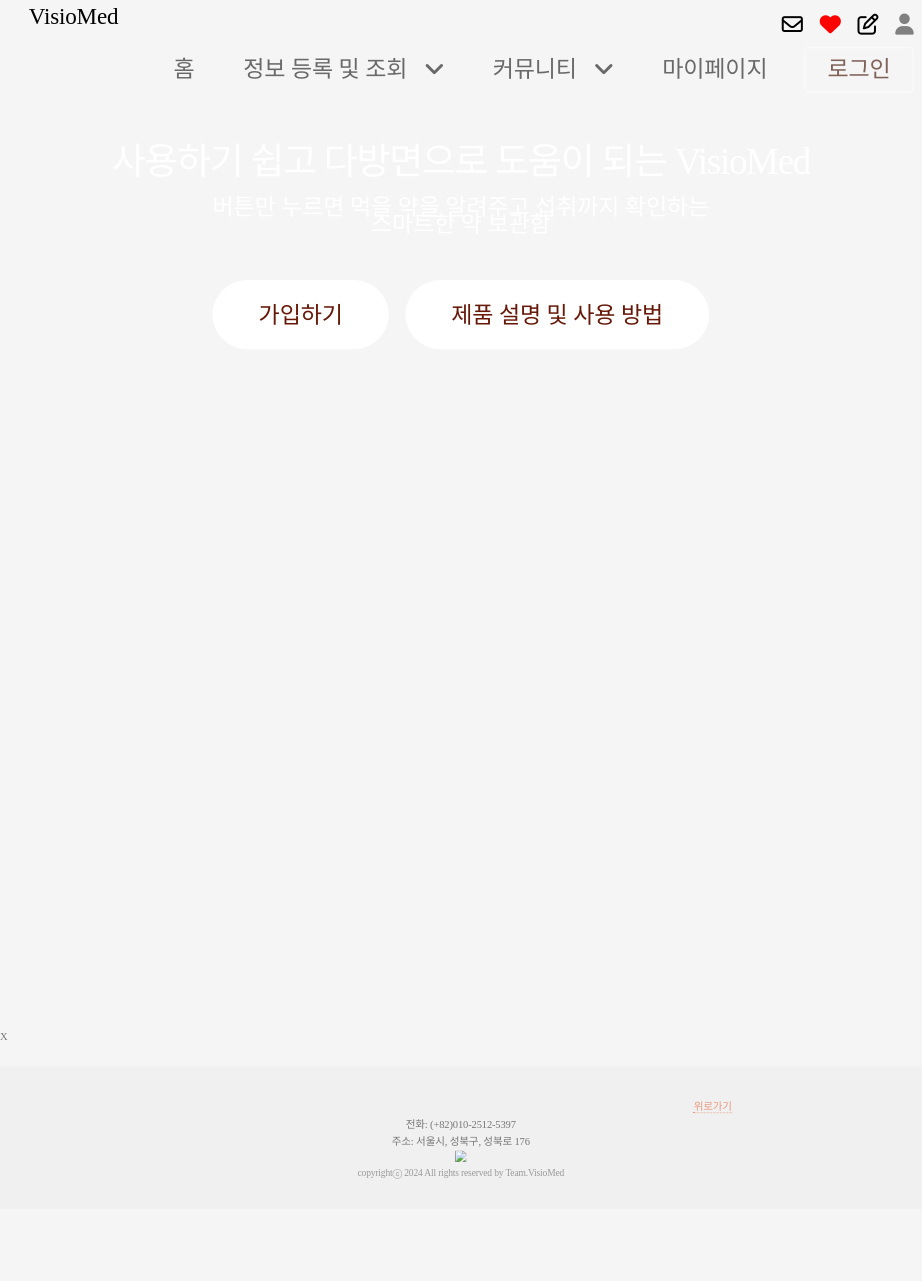
Repository: Jeffrey-Moon/visiomed
Page: http://localhost/Project_VisioMed/Index.jsp
The author's editor kept a copy of each file at every save. The page is drawn from the files as they stood at one save, then again after the next save.
The browser window is 1280 px wide. The pictures show the whole page, at 72% of full size.
Some web fonts or font styles are not loaded; a fallback is used. Some web libraries are served in a nearby version. The page is served by Tomcat 9.

Above is the page before, as saved 2024-07-20 05:54:34.
Console error: SyntaxError: Unexpected token '<'

After the next save:
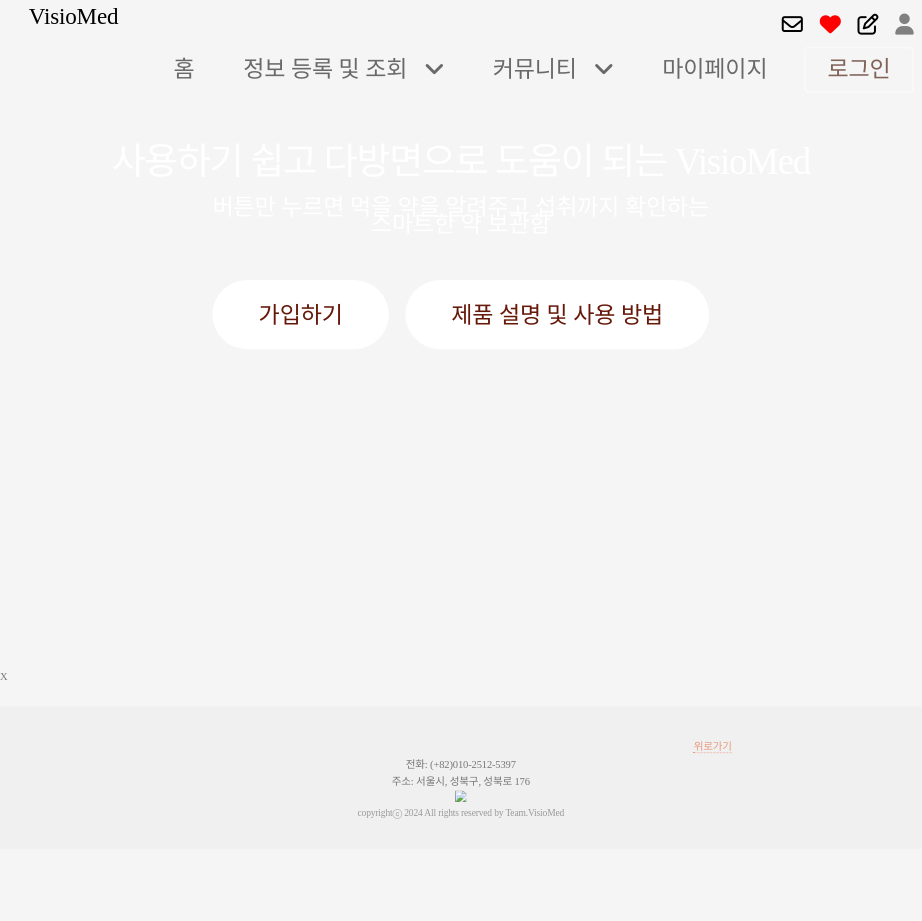
Saved 44 s later.
--- a/Project_VisioMed/Project_VisioMed/src/main/webapp/Index.jsp
+++ b/Project_VisioMed/Project_VisioMed/src/main/webapp/Index.jsp
@@ -111,7 +111,7 @@
 		<section id="banner">
 
 		 <!-- CTA -->
-		 <section id="cta" style="margin-bottom: 500px;height: 500px;">
+		 <section id="cta" style="height: 500px;">
 			<% if(udto != null){ %>
 			<h3 class="big-font" style="color:white;display:inline;"><%= udto.getUser_name() %>님, VisioMed에 들어온 것을 환영합니다!
 			<br>제품 사용 방법을 알고 싶으면 아래 제품 설명 및 사용 방법 버튼을 눌러주세요.
